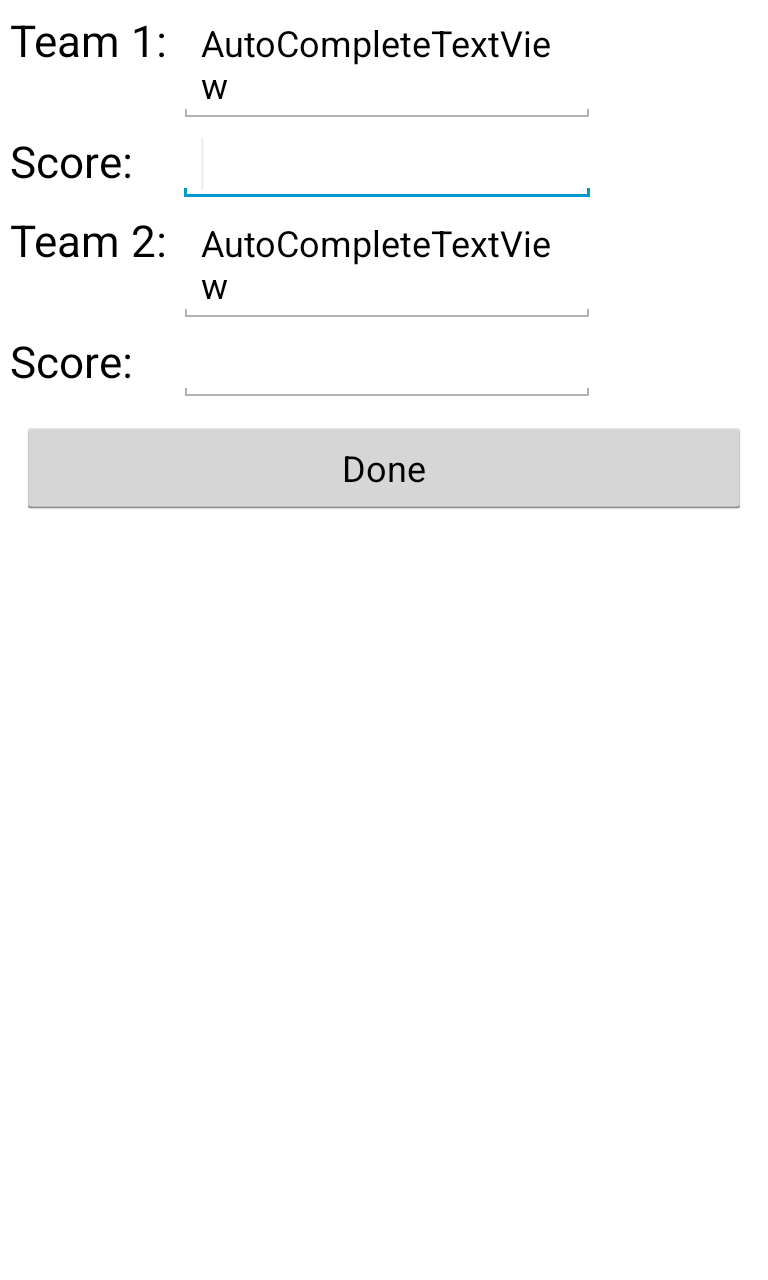
Repository: shervinshaikh/Android
Layout: NBAScoreTracker/res/layout/fragment_scores.xml
The author's editor kept a copy of each file at every save. The layout is drawn from the files as they stood at one save, then again after the next save.
It is drawn on a 768 x 1280 px phone screen (xhdpi) without system bars, with theme AppTheme; the app's code is not run.

Above is the layout before, as saved 2013-04-30 01:43:40.

After the next save:
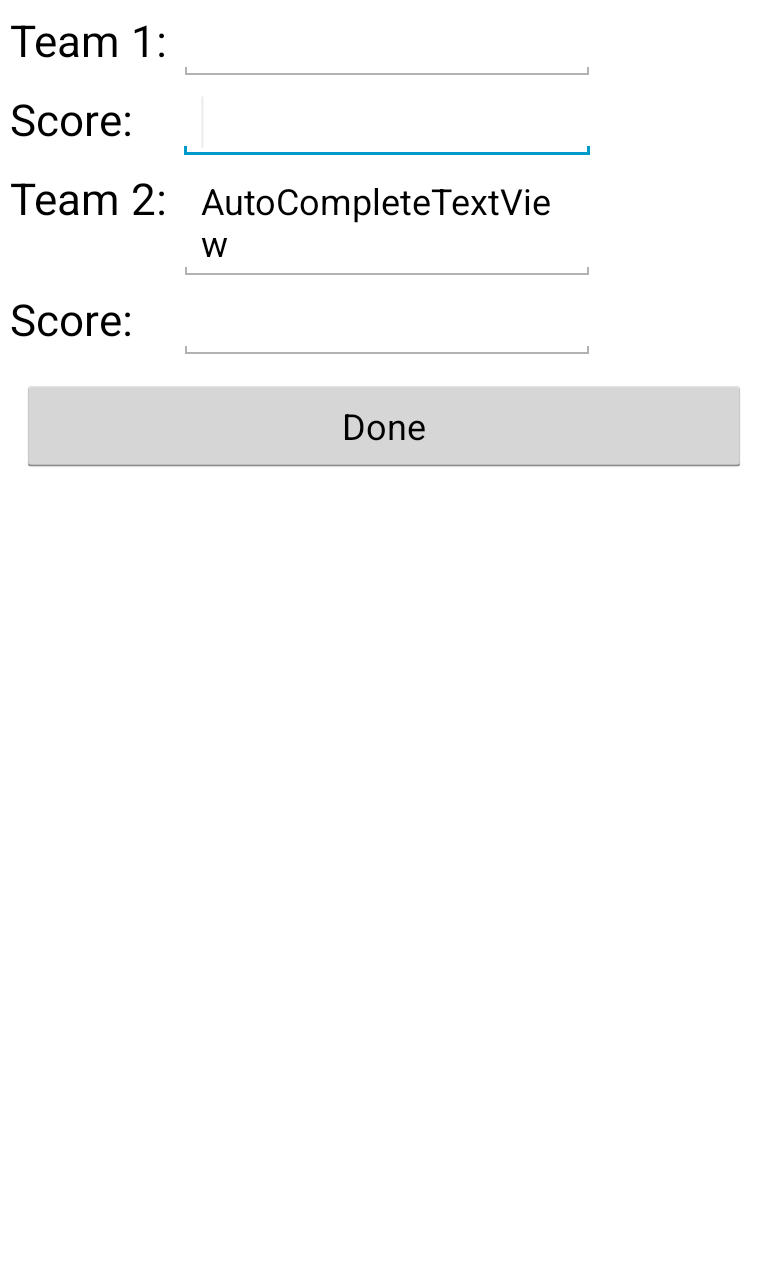
Saved 15 min 57 s later.
--- a/NBAScoreTracker/res/layout/fragment_scores.xml
+++ b/NBAScoreTracker/res/layout/fragment_scores.xml
@@ -21,7 +21,7 @@
             android:layout_width="wrap_content"
             android:layout_height="wrap_content"
             android:ems="10"
-            android:text="AutoCompleteTextView" />
+             />
 
     </TableRow>
 
